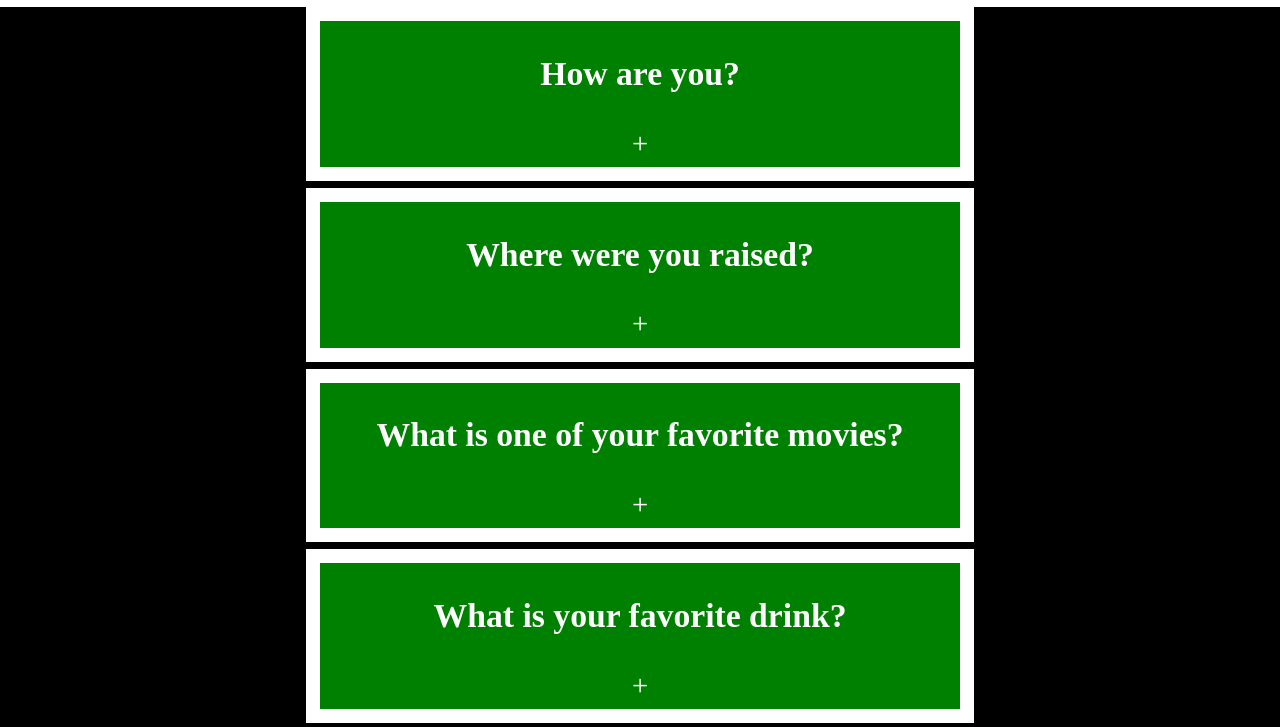
Repository: kosenijr/react-projects
Page: / (app in accordion/)
The author's editor kept a copy of each file at every save. The page is drawn from the files as they stood at one save, then again after a run of saves.
The browser window is 1280 px wide. The pictures show the whole page.
The project was rebuilt for these pictures with package versions that can differ from the ones it lists, and the page was loaded fresh each time.

Above is the page before, as saved 2024-03-02 22:47:38.

After the next 2 saves:
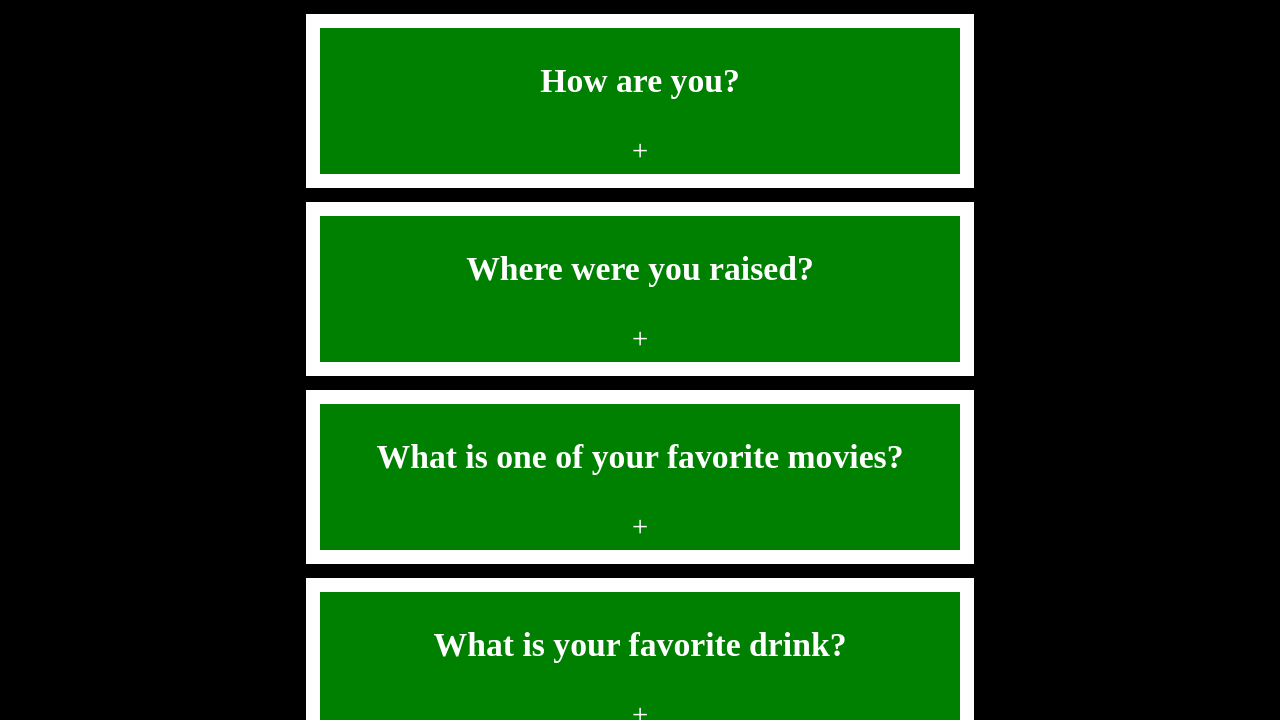
The 2 saves are shown as one change because they came seconds apart.
The last was saved 45 s later.
--- a/accordion/src/styles/Accordion.css
+++ b/accordion/src/styles/Accordion.css
@@ -1,6 +1,7 @@
 .wrapper {
   height: 100vh;
   width: 100vw;
+  position: fixed;
   background-color: black
 }
 .accordion {
@@ -11,7 +12,7 @@
   background-color: green;
   font-size: 1.8em;
   font-family: "Raleway", "Times New Roman";
-  margin: 1vh auto;
+  margin: 2vh auto;
   padding-bottom: 1vh;
   width: 50vw;
   border: 0.5em solid white
